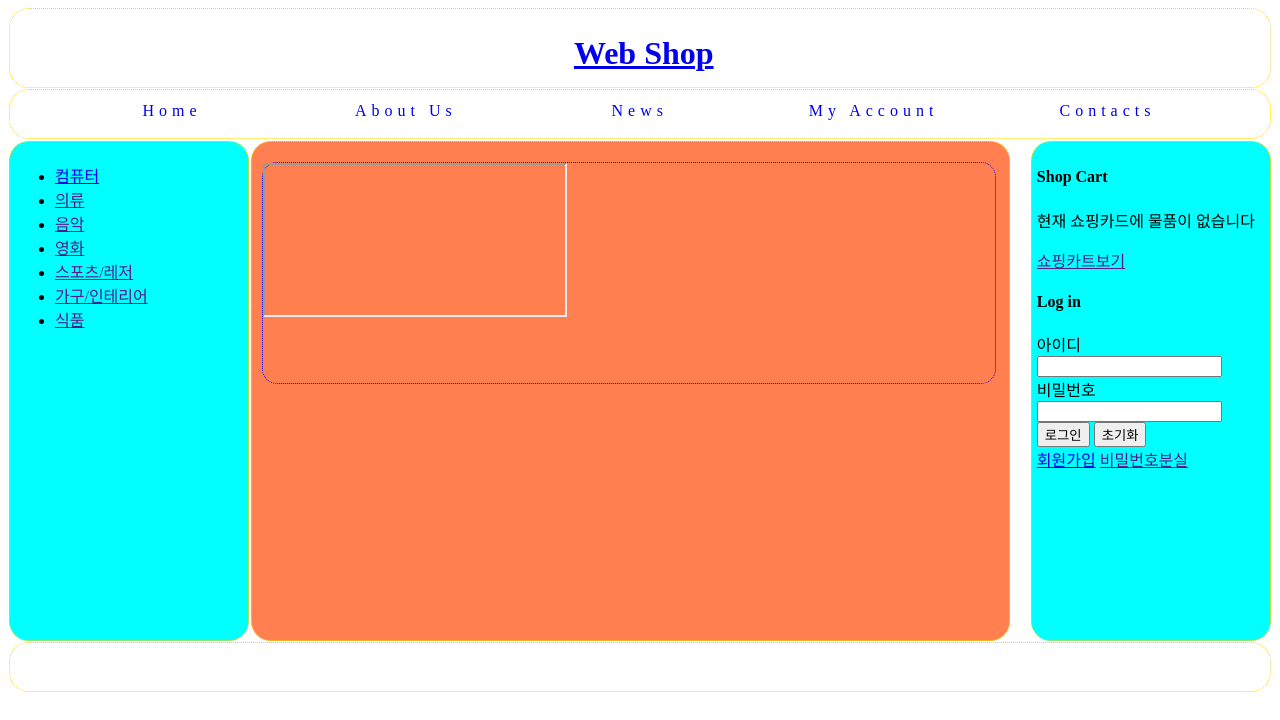
Repository: seonyeob94/BasicWeb
Page: webpro/src/main/webapp/숙제/main.html
The author's editor kept a copy of each file at every save. The page is drawn from the files as they stood at one save, then again after the next save.
The browser window is 1280 px wide. The pictures show the whole page.

Above is the page before, as saved 2025-03-18 02:00:38.

### webpro/src/main/webapp/숙제/main.html
<!DOCTYPE html>
<html>
<head>
<meta charset="UTF-8">
<title>Insert title here</title>
<style type="text/css">
body{
  min-width : 1000px;
}
header,aside,section,footer,nav{
  border: 1px dotted gold;
  margin: 1px;
  padding: 5px;
  box-sizing: border-box;
  border-radius: 20px;
}
header,footer, nav{
  height: 50px;
/*   background: orange; */
}
header{
  height: 80px;
}
h1{
  text-align: center;
}
aside, section{
   height: 500px;
}
aside{
  width: calc(20% - 1%);
  background: cyan;
}
#left{
  float: left;
}
#right{
  float: right;
}
section{
  width: calc(61% - 1%);
  background: coral;
  float: left;
}
footer{
  clear: both;
}

article{
  border: 1px dotted blue;
  margin: 5px;
  margin-top: 15px;
  width: 98%;
  height: 45%;
/*   background: pink; */
  border-radius: 15px;
}
nav{
/*   background: yellow; */
}
#d1{
  display: flex;
}
#a1{

  float: left;
}

nav ul {
  list-style-type: none;
  margin-top:5px;
}
nav ul li{
  margin-top: 0px;
  padding: 2px;
  width: 19%;
  float: left;
  text-align: center;
}
nav ul a{
  letter-spacing: 5px;
  text-decoration: none;
}
#aaa, #bbb{
  size: 13px;
}

</style>
</head>
<body>
<div >

  <header>
    <h1>
      <img src="" alt="">
      <a href="index.html">Web Shop</a>
    </h1>
  </header>

  <nav class="di1">
    <ul>
      <li class="a1"><a href="#">Home</a></li>
      <li class="a1"><a href="#">About Us</a></li>
      <li class="a1"><a href="#">News</a></li>
      <li class="a1"><a href="#">My Account</a></li>
      <li class="a1"><a href="#">Contacts</a></li>
    </ul>
  </nav>

  <aside id="left">
    <ul>
      <li><a href="computer.html">컴퓨터</a></li>
      <li><a href="">의류</a></li>
      <li><a href="">음악</a></li>
      <li><a href="">영화</a></li>
      <li><a href="">스포츠/레저</a></li>
      <li><a href="">가구/인테리어</a></li>
      <li><a href="">식품</a></li>
    </ul>
  </aside>

  <section id="main">
    <article id="article1">
      <iframe src="" name="ifr">
      </iframe>
    </article>
  </section>

  <aside id="right">
    <div id="shopcart">
      <h4>Shop Cart</h4>
        <p>현재 쇼핑카드에 물품이 없습니다</p>
        <a href="" target="_blank">쇼핑카트보기</a>
    </div>

    <div id="login">
      <h4>Log in</h4>
      <form action="#">
        <label for="aaa">아이디</label><br>
        <input type="text" name="id" id="aaa"><br>
        <label for="aaa">비밀번호</label><br>
        <input type="text" name="pw" id="bbb"><br>
  		<input type="submit" value="로그인">
        <input type="reset" value="초기화">
        <br>
        <a href="회원가입.html" target="_blank">회원가입</a>
        <a href="" >비밀번호분실</a>
      </form>
    </div>
  </aside>

  <footer></footer>
</div>

</body>
</html>

After the next save:
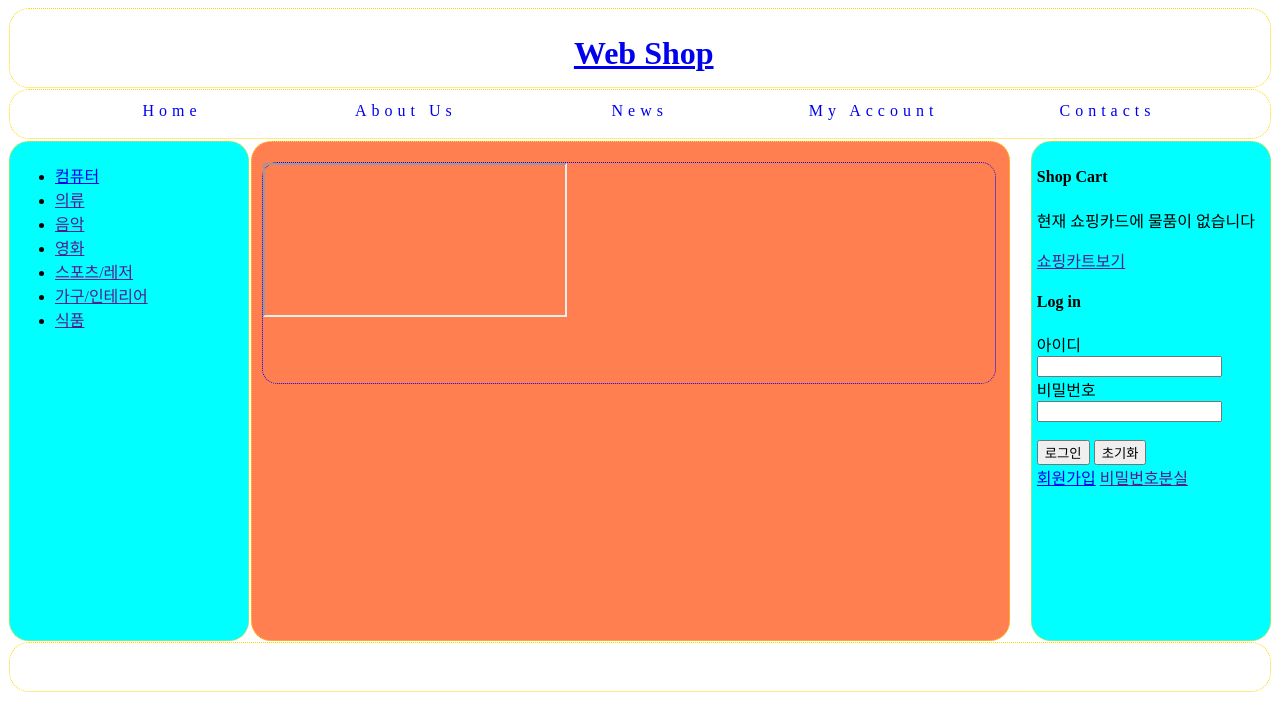
Saved 3 min 10 s later.
--- a/webpro/src/main/webapp/숙제/main.html
+++ b/webpro/src/main/webapp/숙제/main.html
@@ -139,7 +139,7 @@ nav ul a{
         <label for="aaa">아이디</label><br>
         <input type="text" name="id" id="aaa"><br>
         <label for="aaa">비밀번호</label><br>
-        <input type="text" name="pw" id="bbb"><br>
+        <input type="text" name="pw" id="bbb"><br><br>
   		<input type="submit" value="로그인">
         <input type="reset" value="초기화">
         <br>
